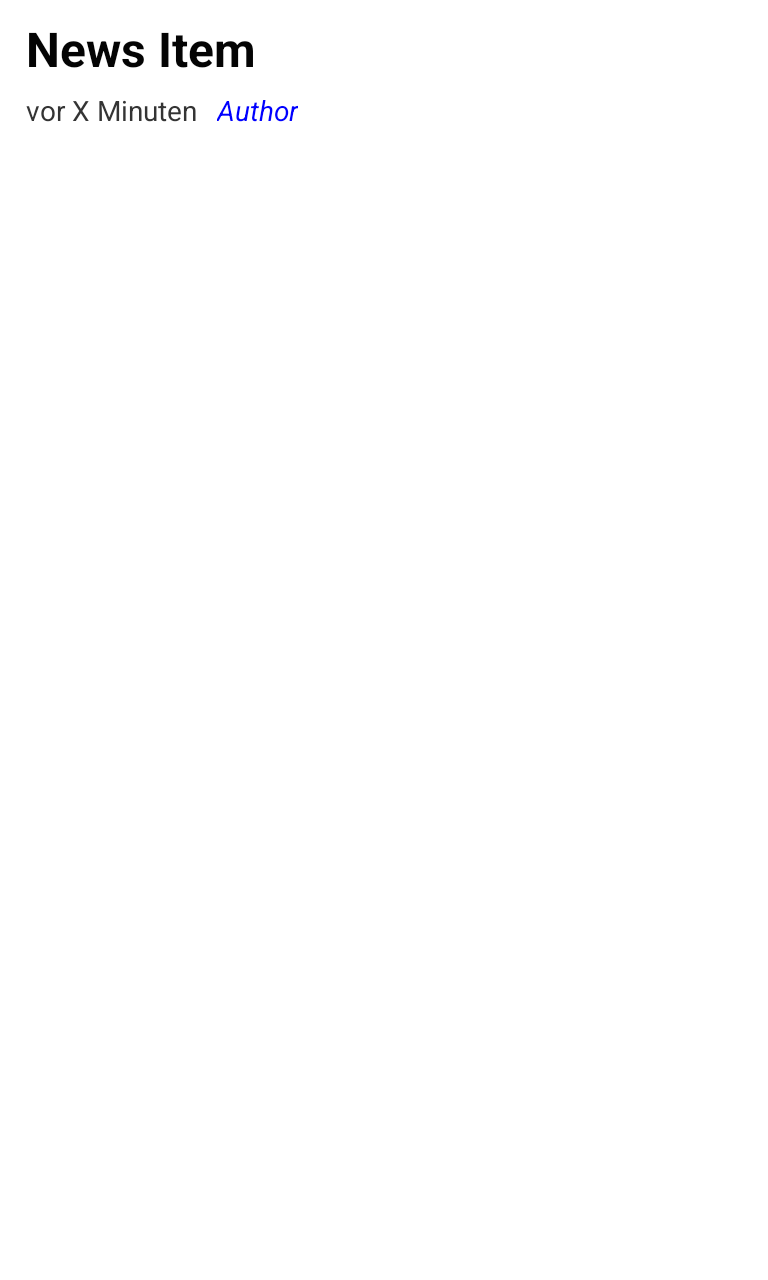
Repository: joelspang/mis_android
Layout: prak3/DoodleClient/res/layout/list_row.xml
An editor plug-in stored every save of this project. The layout is shown before and after the next save, followed by the edit.
It is drawn on a 768 x 1280 px phone screen (xhdpi) without system bars, with theme AppTheme; the app's code is not run.

Above is the layout before, as saved 2014-06-11 10:46:04.

### prak3/DoodleClient/res/layout/list_row.xml
<?xml version="1.0" encoding="utf-8"?>
<RelativeLayout xmlns:android="http://schemas.android.com/apk/res/android"
    android:layout_width="fill_parent"
    android:layout_height="wrap_content"
    android:orientation="horizontal"
    android:padding="8dp" >

    <TextView
        android:id="@+id/title"
        android:layout_width="wrap_content"
        android:layout_height="wrap_content"
        android:paddingLeft="5dp"
        android:text="News Item"
        android:textColor="#040404"
        android:textSize="24sp"
        android:textStyle="bold"
        android:typeface="sans" />

    <LinearLayout
        android:id="@+id/linlayout"
        android:layout_width="wrap_content"
        android:layout_height="wrap_content"
        android:layout_alignParentLeft="true"
        android:layout_alignParentRight="true"
        android:layout_below="@+id/title"
        android:paddingLeft="5dp" >

        <TextView
            android:id="@+id/date"
            android:layout_width="wrap_content"
            android:layout_height="wrap_content"
            android:paddingBottom="5dp"
            android:paddingTop="5dp"
            android:text="vor X Minuten"
            android:textColor="#343434"
            android:textSize="14sp" />

        <TextView
            android:id="@+id/author"
            android:layout_width="wrap_content"
            android:layout_height="wrap_content"
            android:paddingLeft="10dp"
            android:text="Author"
            android:textColor="#0000ff"
            android:textSize="14sp"
            android:textStyle="italic" />

    </LinearLayout>

</RelativeLayout>

Loaded but not shown: prak3/DoodleClient/res/values/styles.xml (common file); prak3/DoodleClient/res/values-v11/styles.xml (common file); prak3/DoodleClient/res/values-v14/styles.xml (common file)

After the next save:
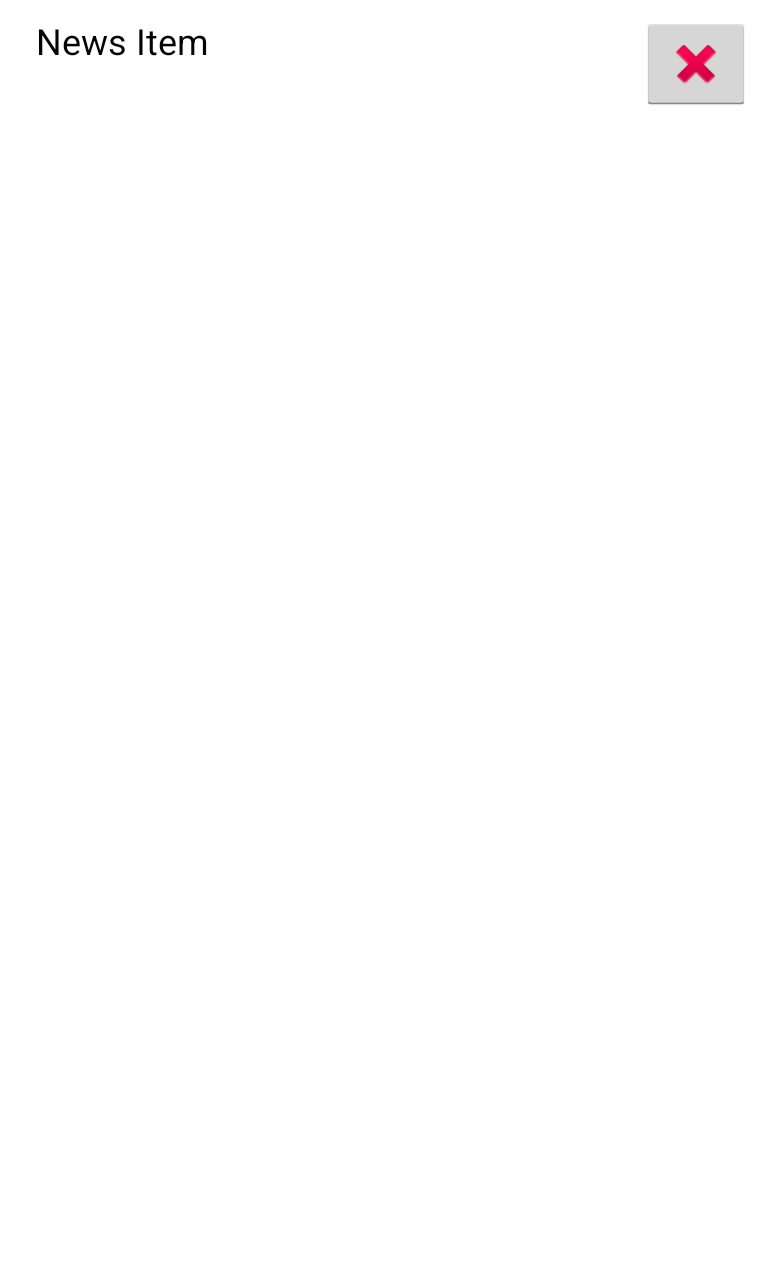
Saved 2 min 59 s later.
--- a/prak3/DoodleClient/res/layout/list_row.xml
+++ b/prak3/DoodleClient/res/layout/list_row.xml
@@ -5,46 +5,33 @@
     android:orientation="horizontal"
     android:padding="8dp" >
 
-    <TextView
-        android:id="@+id/title"
-        android:layout_width="wrap_content"
-        android:layout_height="wrap_content"
-        android:paddingLeft="5dp"
-        android:text="News Item"
-        android:textColor="#040404"
-        android:textSize="24sp"
-        android:textStyle="bold"
-        android:typeface="sans" />
-
     <LinearLayout
         android:id="@+id/linlayout"
         android:layout_width="wrap_content"
         android:layout_height="wrap_content"
         android:layout_alignParentLeft="true"
         android:layout_alignParentRight="true"
-        android:layout_below="@+id/title"
         android:paddingLeft="5dp" >
 
         <TextView
-            android:id="@+id/date"
+            android:id="@+id/title"
             android:layout_width="wrap_content"
             android:layout_height="wrap_content"
-            android:paddingBottom="5dp"
-            android:paddingTop="5dp"
-            android:text="vor X Minuten"
-            android:textColor="#343434"
-            android:textSize="14sp" />
-
-        <TextView
-            android:id="@+id/author"
-            android:layout_width="wrap_content"
-            android:layout_height="wrap_content"
-            android:paddingLeft="10dp"
-            android:text="Author"
-            android:textColor="#0000ff"
-            android:textSize="14sp"
-            android:textStyle="italic" />
+            android:paddingLeft="5dp"
+            android:text="News Item"
+            android:textColor="#040404"
+            android:textSize="18sp"
+            android:textStyle="normal"
+            android:typeface="sans" />
 
     </LinearLayout>
 
+    <ImageButton
+        android:id="@+id/imageButton1"
+        android:layout_width="wrap_content"
+        android:layout_height="wrap_content"
+        android:layout_alignParentRight="true"
+        android:layout_alignParentTop="true"
+        android:src="@android:drawable/ic_delete" />
+
 </RelativeLayout>
